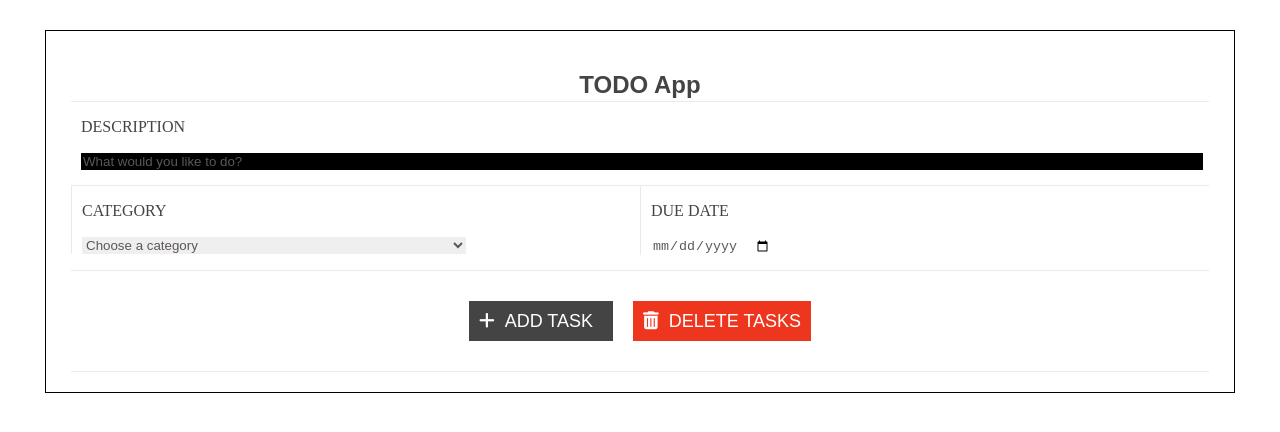
Repository: king-slayer97/TODO-App
Page: http://localhost/
An editor plug-in stored every save of this project. The page is shown before and after the next save, followed by the edit.
The browser window is 1280 px wide. The pictures show the whole page.
The first visible `.description input[type="text"]` has the focus.
Some web libraries are served in a nearby version. The page is served by the project's Node server (index.js). Queries for data that is not in the repository find no rows.

Above is the page before, as saved 2022-08-20 23:32:16.

After the next save:
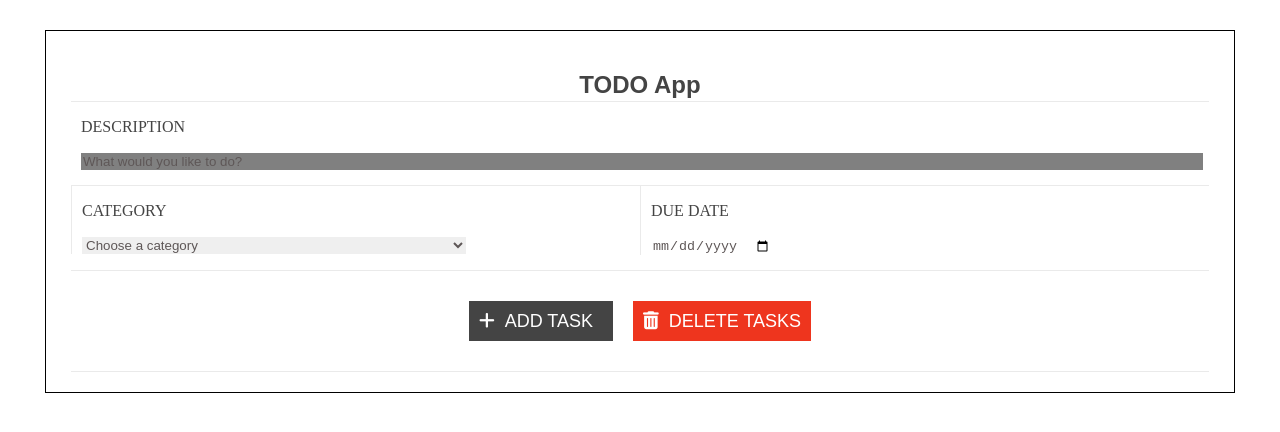
Saved 21 s later.
--- a/assets/css/home.css
+++ b/assets/css/home.css
@@ -98,7 +98,7 @@ input::placeholder,
 }
 
 .description input[type="text"]:focus{
-  background-color: black;
+  background-color: grey;
 }
 
 /* .category:focus,
